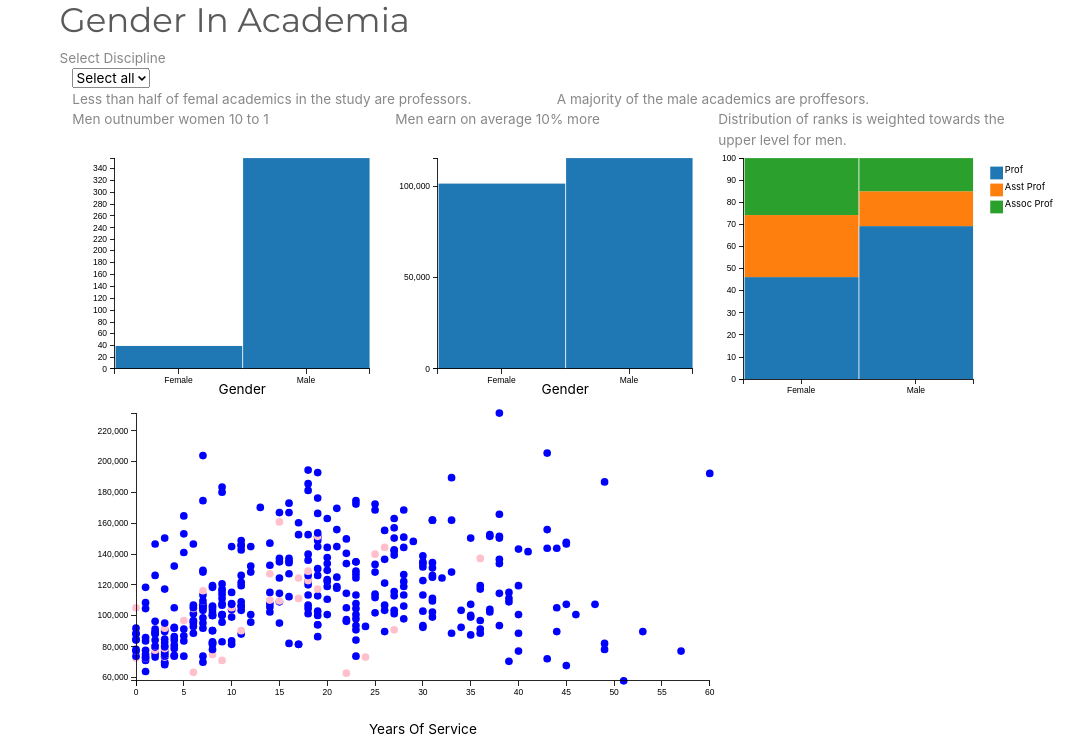
Repository: luke0han/dashboard-project
Page: index.html
The author's editor kept a record of every edit. The page is drawn from the files as they stood at one moment, then again after the next edit.
The browser window is 1280 px wide. The pictures show the whole page, at 85% of full size.

Above is the page before.

After the next edit:
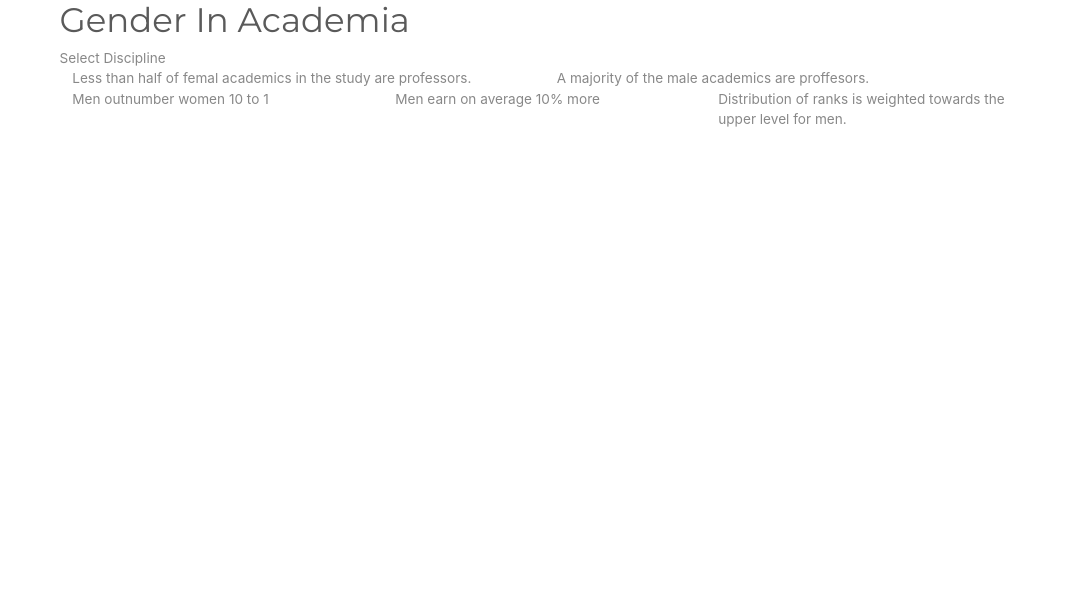
Console error: ReferenceError: experienceDim is not defined
The edit:
--- a/static/js/graph.js
+++ b/static/js/graph.js
@@ -226,9 +226,9 @@
         .domain(["Female", "Male"])
         .range(["pink", "blue"]);
 
-    var yrsDim = ndx.dimension(dc.pluck("yrs_service"));
-    var experienceDim = ndx.dimension(function(d) {
-       return [d.yrs_service, d.salary, d.rank, d.sex];
+    var pDim = ndx.dimension(dc.pluck("yrs_service_phd"));
+    var phdDim = ndx.dimension(function(d) {
+       return [d.yrs_service_phd, d.salary, d.rank, d.sex];
     });
     var experienceSalaryGroup = experienceDim.group();
 

After the 6 edits that followed:
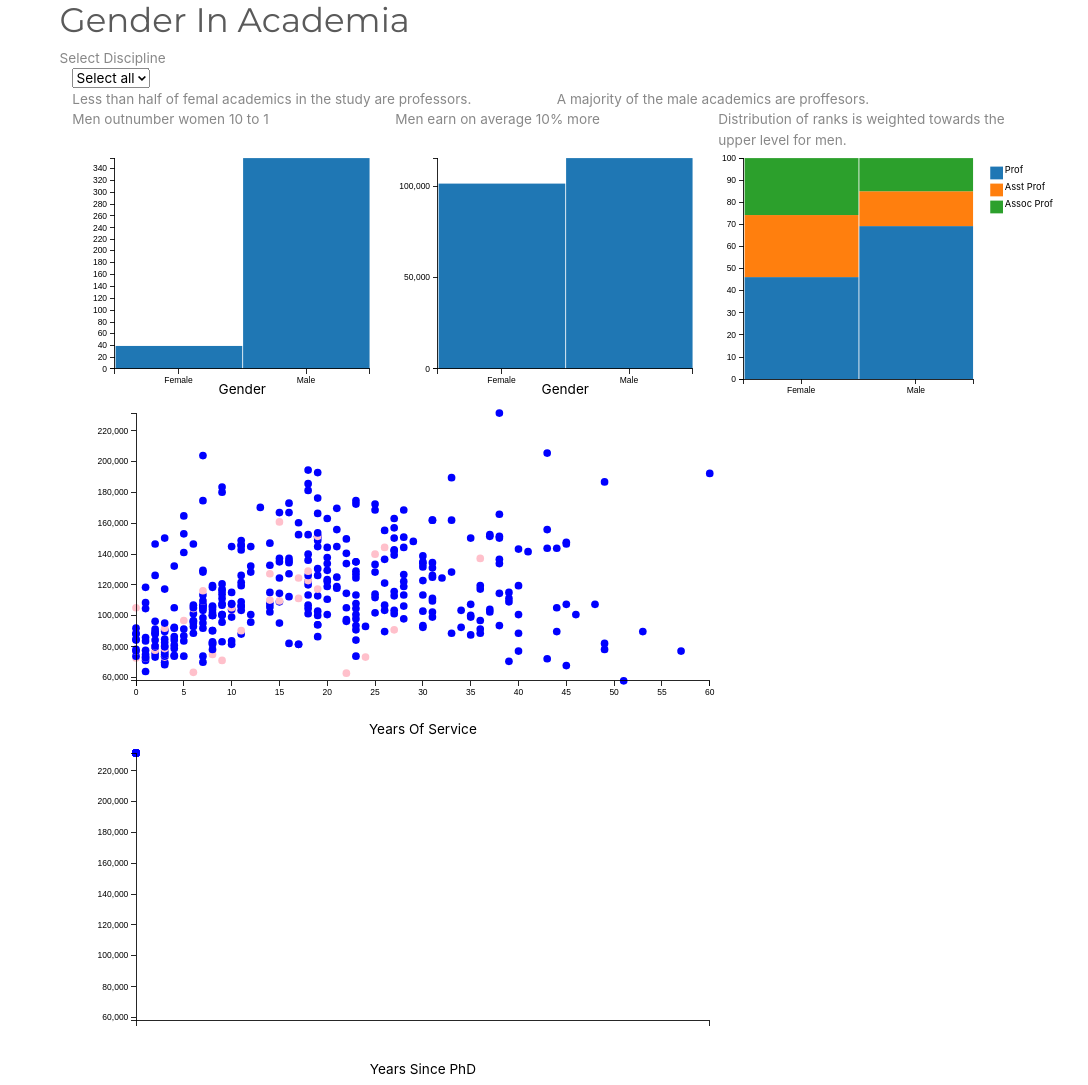
The error is gone.
The 6 edits are shown as one change because 5 left the picture as it was.
The edit:
--- a/static/js/graph.js
+++ b/static/js/graph.js
@@ -230,19 +230,19 @@
     var phdDim = ndx.dimension(function(d) {
        return [d.yrs_service_phd, d.salary, d.rank, d.sex];
     });
-    var experienceSalaryGroup = experienceDim.group();
-
-    var minExperience = yrsDim.bottom(1)[0].yrs_service;
-    var maxExperience = yrsDim.top(1)[0].yrs_service;
-
-    dc.scatterPlot("#service-salary")
+    var phdSalaryGroup = phdDim.group();
+
+    var minPhd = pDim.bottom(1)[0].yrs_since_phd;
+    var maxPhd = pDim.top(1)[0].yrs_since_phd;
+
+    dc.scatterPlot("#phd-salary")
         .width(800)
         .height(400)
-        .x(d3.scale.linear().domain([minExperience, maxExperience]))
+        .x(d3.scale.linear().domain([minPhd, maxPhd]))
         .brushOn(false)
         .symbolSize(8)
         .clipPadding(10)
-        .xAxisLabel("Years Of Service")
+        .xAxisLabel("Years Since PhD")
         .title(function(d) {
             return d.key[2] + " earned " + d.key[1];
         })
@@ -250,7 +250,7 @@
             return d.key[3];
         })
         .colors(genderColors)
-        .dimension(experienceDim)
-        .group(experienceSalaryGroup)
+        .dimension(phdDim)
+        .group(phdSalaryGroup)
         .margins({top: 10, right: 50, bottom: 75, left: 75});
 }
